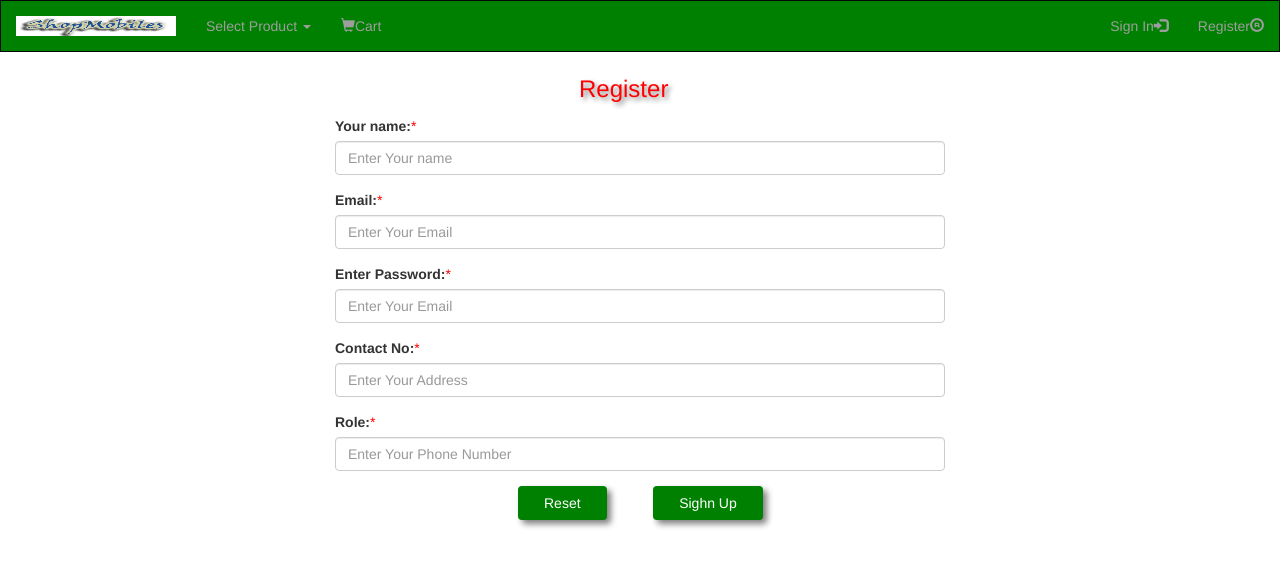
Repository: KoustabhBiswas/Final-Ecommerce-Project
Page: http://localhost/ecommerce1/WEB-INF/views/register.jsp
The author's editor kept a copy of each file at every save. The page is drawn from the files as they stood at one save, then again after the next save.
The browser window is 1280 px wide. The pictures show the whole page.
Some web libraries are served in a nearby version. The page is served by Tomcat 9. Nobody is signed in. The template is opened directly, without the code that normally fills it, so the values that code supplies are empty.

Above is the page before, as saved 2017-09-17 12:03:06.

After the next save:
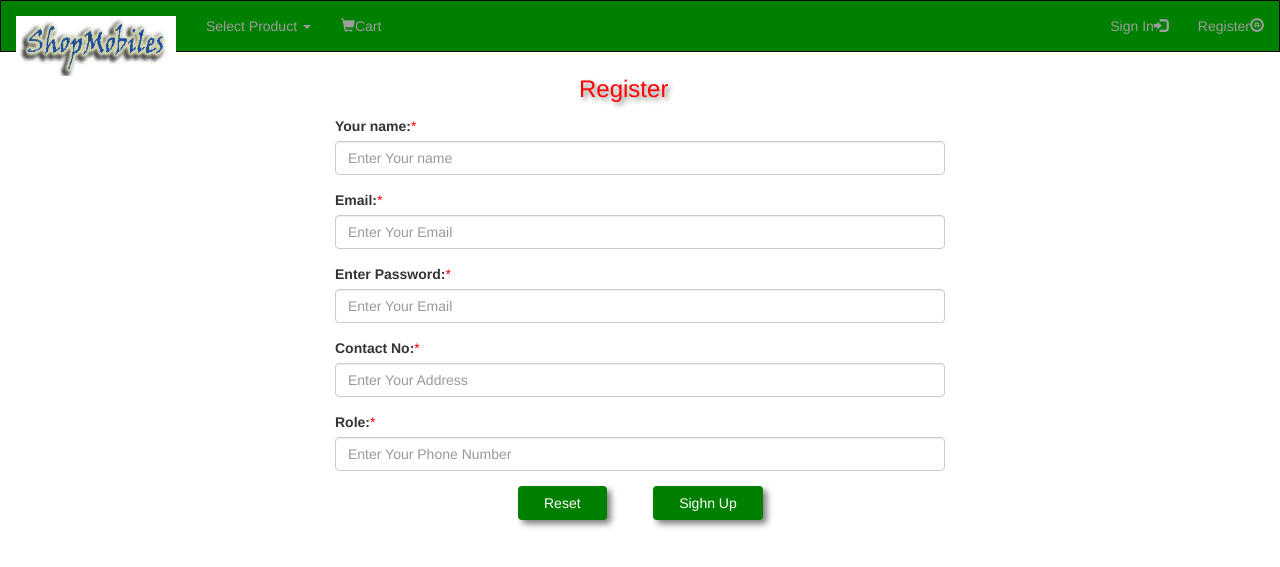
Saved 11 s later.
--- a/Final Ecommerce Project/Ecommerce_Project-master/project/ecommerce1/src/main/webapp/WEB-INF/views/shared/navbar.jsp
+++ b/Final Ecommerce Project/Ecommerce_Project-master/project/ecommerce1/src/main/webapp/WEB-INF/views/shared/navbar.jsp
@@ -16,7 +16,7 @@ nav {
 		<div class="container-fluid">
 			<div class="navbar-header">
 				<a class="navbar-brand" href="home"><img
-					src="<c:url value="/resources/images/shopmobiles4.jpg" />" height=20px width=160px></a>
+					src="<c:url value="/resources/images/shopmobiles4.jpg" />" height=60px width=160px></a>
 			</div>
 			<ul class="nav navbar-nav">
 
